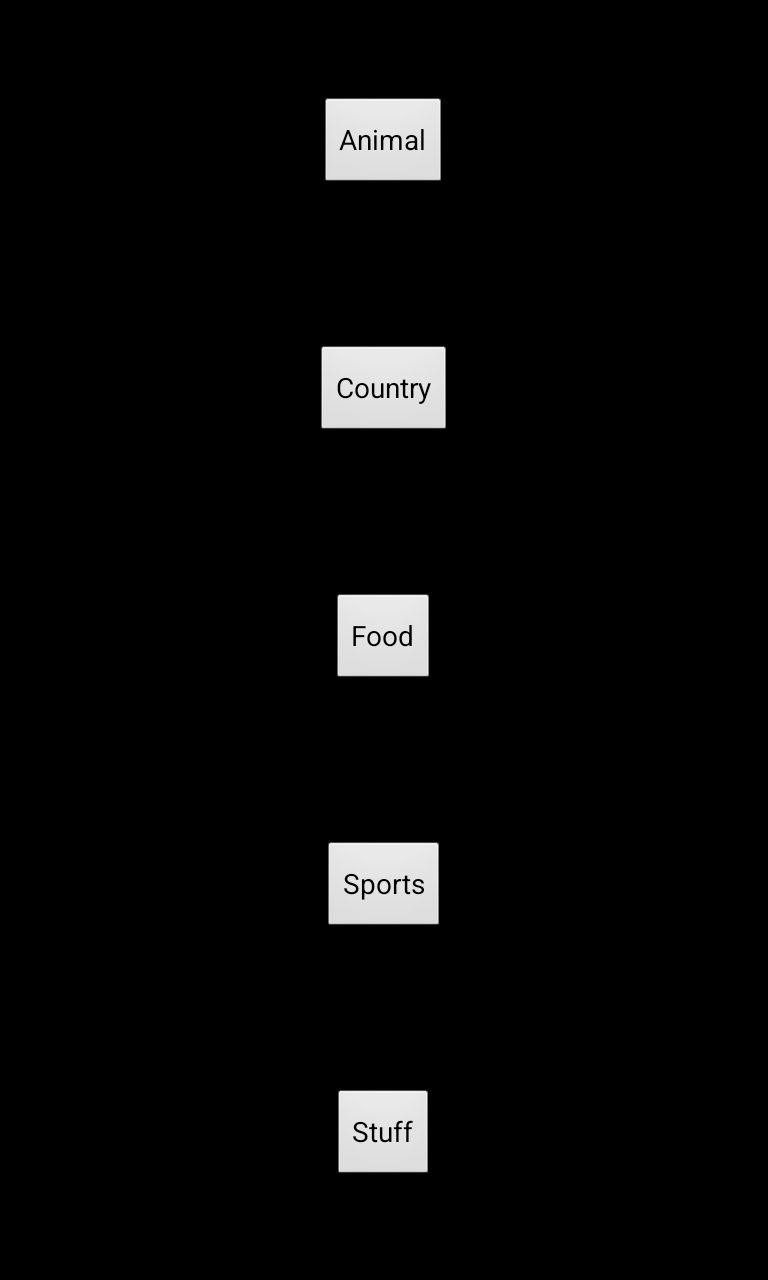
Repository: aster9725/HK-CityU-SummerExchange
Layout: Copy of WordQuiz/res/layout/activity_category.xml
An editor plug-in stored every save of this project. The layout is shown before and after the next save, followed by the edit.
It is drawn on a 768 x 1280 px phone screen (xhdpi) without system bars, with theme android:Theme; the app's code is not run.

Above is the layout before, as saved 2014-07-24 09:57:39.

### Copy of WordQuiz/res/layout/activity_category.xml
<?xml version="1.0" encoding="utf-8"?>
<LinearLayout xmlns:android="http://schemas.android.com/apk/res/android"
    android:layout_width="match_parent"
    android:layout_height="match_parent"
    android:orientation="vertical"
    android:paddingTop="10dp"
    android:paddingBottom="10dp">

    <LinearLayout
        android:layout_width="match_parent"
        android:layout_height="wrap_content"
        android:layout_weight="1"
        android:gravity="center_vertical|center_horizontal"
        android:orientation="horizontal" >

        <Button
            android:id="@+id/category_animal"
            android:layout_width="wrap_content"
            android:layout_height="wrap_content"
            android:text="Animal" />
    </LinearLayout>

    <LinearLayout
        android:layout_width="match_parent"
        android:layout_height="wrap_content"
        android:layout_weight="1"
        android:gravity="center_vertical|center_horizontal"
        android:orientation="horizontal" >

        <Button
            android:id="@+id/category_country"
            android:layout_width="wrap_content"
            android:layout_height="wrap_content"
            android:text="Country" />
    </LinearLayout>

    <LinearLayout
        android:layout_width="match_parent"
        android:layout_height="wrap_content"
        android:layout_weight="1"
        android:gravity="center_vertical|center_horizontal"
        android:orientation="horizontal" >

        <Button
            android:id="@+id/category_food"
            android:layout_width="wrap_content"
            android:layout_height="wrap_content"
            android:text="Food" />
    </LinearLayout>

    <LinearLayout
        android:layout_width="match_parent"
        android:layout_height="wrap_content"
        android:layout_weight="1"
        android:gravity="center_vertical|center_horizontal"
        android:orientation="horizontal" >

        <Button
            android:id="@+id/category_sport"
            android:layout_width="wrap_content"
            android:layout_height="wrap_content"
            android:text="Sports" />
    </LinearLayout>

    <LinearLayout
        android:layout_width="match_parent"
        android:layout_height="wrap_content"
        android:layout_weight="1"
        android:gravity="center_vertical|center_horizontal"
        android:orientation="horizontal" >

        <Button
            android:id="@+id/category_stuff"
            android:layout_width="wrap_content"
            android:layout_height="wrap_content"
            android:text="Stuff" />
    </LinearLayout>

</LinearLayout>

After the next save:
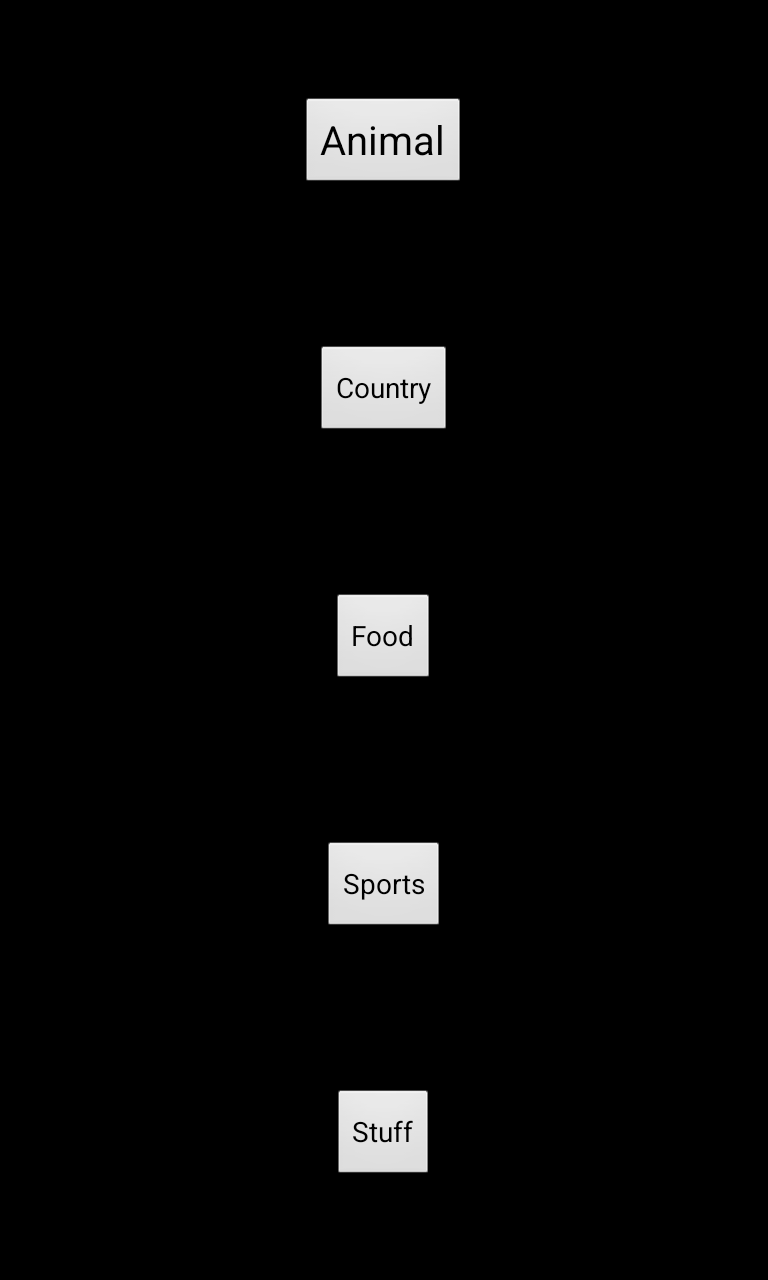
Saved 20 s later.
--- a/Copy of WordQuiz/res/layout/activity_category.xml
+++ b/Copy of WordQuiz/res/layout/activity_category.xml
@@ -17,7 +17,8 @@
             android:id="@+id/category_animal"
             android:layout_width="wrap_content"
             android:layout_height="wrap_content"
-            android:text="Animal" />
+            android:text="Animal"
+            android:textSize="20dp" />
     </LinearLayout>
 
     <LinearLayout
